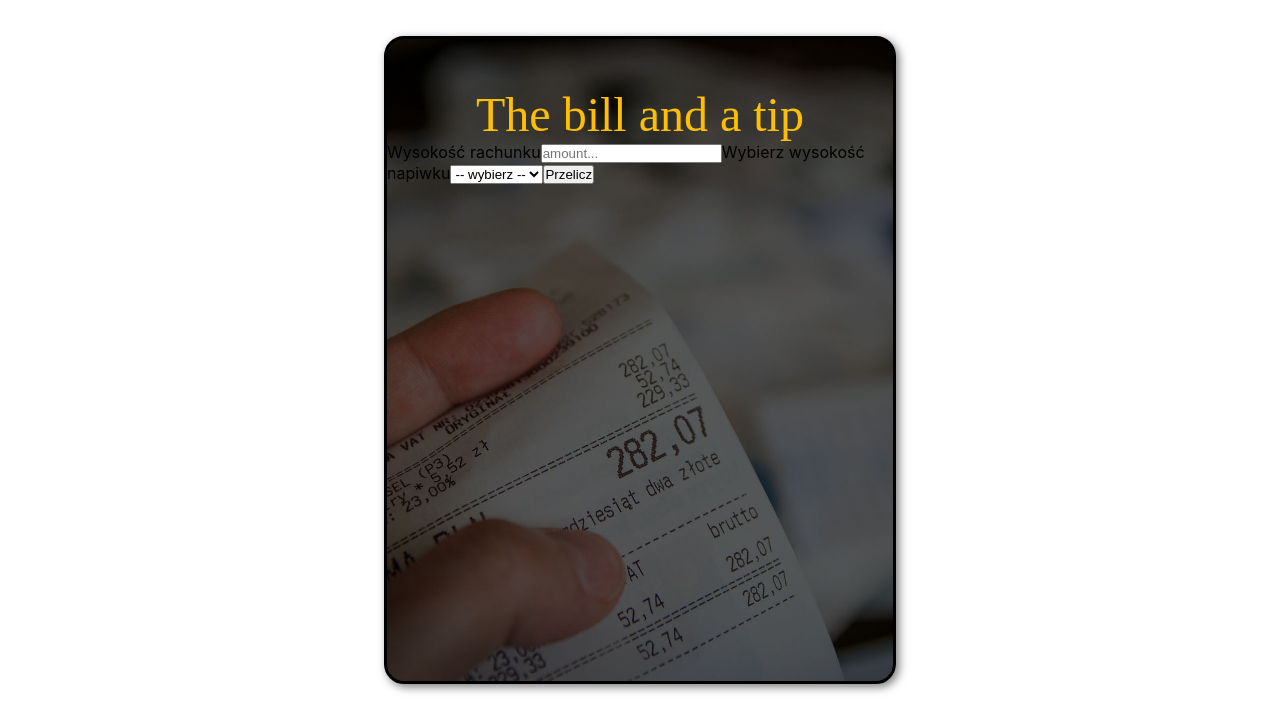
Repository: KrzysKolo/sr_tydzien4_zad1
Page: /
The author's editor kept a copy of each file at every save. The page is drawn from the files as they stood at one save, then again after the next save.
The browser window is 1280 px wide. The pictures show the whole page.
Some web fonts or font styles are not loaded; a fallback is used. The project was rebuilt for these pictures with package versions that can differ from the ones it lists, and the page was loaded fresh each time.

Above is the page before, as saved 2020-11-06 10:32:06.

### public/index.html
<!DOCTYPE html>
<html lang="en">
  <head>
    <meta charset="utf-8" />
    <link rel="icon" href="%PUBLIC_URL%/favicon.ico" />
    <meta name="viewport" content="width=device-width, initial-scale=1" />
    <meta name="theme-color" content="#000000" />
    <meta
      name="description"
      content="Web site created using create-react-app"
    />
    <link rel="apple-touch-icon" href="%PUBLIC_URL%/logo192.png" />
    <!--
      manifest.json provides metadata used when your web app is installed on a
      user's mobile device or desktop. See https://developers.google.com/web/fundamentals/web-app-manifest/
    -->
    <link rel="manifest" href="%PUBLIC_URL%/manifest.json" />
    <!--
      Notice the use of %PUBLIC_URL% in the tags above.
      It will be replaced with the URL of the `public` folder during the build.
      Only files inside the `public` folder can be referenced from the HTML.

      Unlike "/favicon.ico" or "favicon.ico", "%PUBLIC_URL%/favicon.ico" will
      work correctly both with client-side routing and a non-root public URL.
      Learn how to configure a non-root public URL by running `npm run build`.
    -->
    <link href="https://fonts.googleapis.com/css2?family=Calligraffitti&family=Shadows+Into+Light+Two&family=Skranji&display=swap" rel="stylesheet">
    <title>Bill and tip</title>
  </head>
  <body>
    <noscript>You need to enable JavaScript to run this app.</noscript>
    <div id="root"></div>
    <!--
      This HTML file is a template.
      If you open it directly in the browser, you will see an empty page.

      You can add webfonts, meta tags, or analytics to this file.
      The build step will place the bundled scripts into the <body> tag.

      To begin the development, run `npm start` or `yarn start`.
      To create a production bundle, use `npm run build` or `yarn build`.
    -->
  </body>
</html>

### src/App.js
import './App.css';
import BillCard from './components/BillCard';
const App = () => {
  return (
    <div>
      <BillCard/>
    </div>
   );
}

export default App;

### src/components/BillCard.js
import React, { Component } from 'react';
import HeaderCard from './HeaderCard';
import SectionCard from './SectionCard';
import './BillCard.css';
class BillCard extends Component {
    state = {  }
    render() {
        return (
            <div className="billCard__wrapper">
                <HeaderCard/>
                <SectionCard />
            </div>
         );
    }
}

export default BillCard;

### src/components/HeaderCard.js
import React from 'react';
const HeaderCard = () => {
    return (
        <div className="billCard__header">
            The bill and a tip
        </div>
     );
}

export default HeaderCard;

### src/components/SectionCard.js
import React, { Component } from 'react';
class SectionCard extends Component {
    state = {  }
    render() {
        return (
            <section>
                <form>
                    <label for="form__input-amount">Wysokość rachunku</label>
                    <input type="text" id="form__input-amount" name="amount" placeholder="amount..." />
                    <label for="form__select">Wybierz wysokość napiwku</label>
                    <select name="tip" id="cars">
                        <option value="">-- wybierz --</option>
                        <option value="5">5%</option>
                        <option value="10">10%</option>
                        <option value="15">15%</option>
                        <option value="20">20%</option>
                    </select>
                    <button type="submit">Przelicz</button>
                </form>
            </section>
         );
    }
}

export default SectionCard;

### src/components/BillCard.css
.billCard__wrapper {
  width: 40vw;
  height: 90vh;
  background: url("./../image/bill.jpg");
  background-size: cover;
  border: 3px solid black;
  border-radius: 20px;
  box-shadow: 3px 3px 10px #7a7a7a;
  display: flex;
  flex-direction: column;
  align-items: center;
  margin: 5vh auto;
}
.billCard__header {
  font-family: "Skranji", cursive;
  font-size: 3rem;
  color: rgb(253, 191, 0);
  margin-top: 3rem;
}

Loaded but not shown: src/index.js (common file); src/index.css (common file); src/App.css (common file)

After the next save:
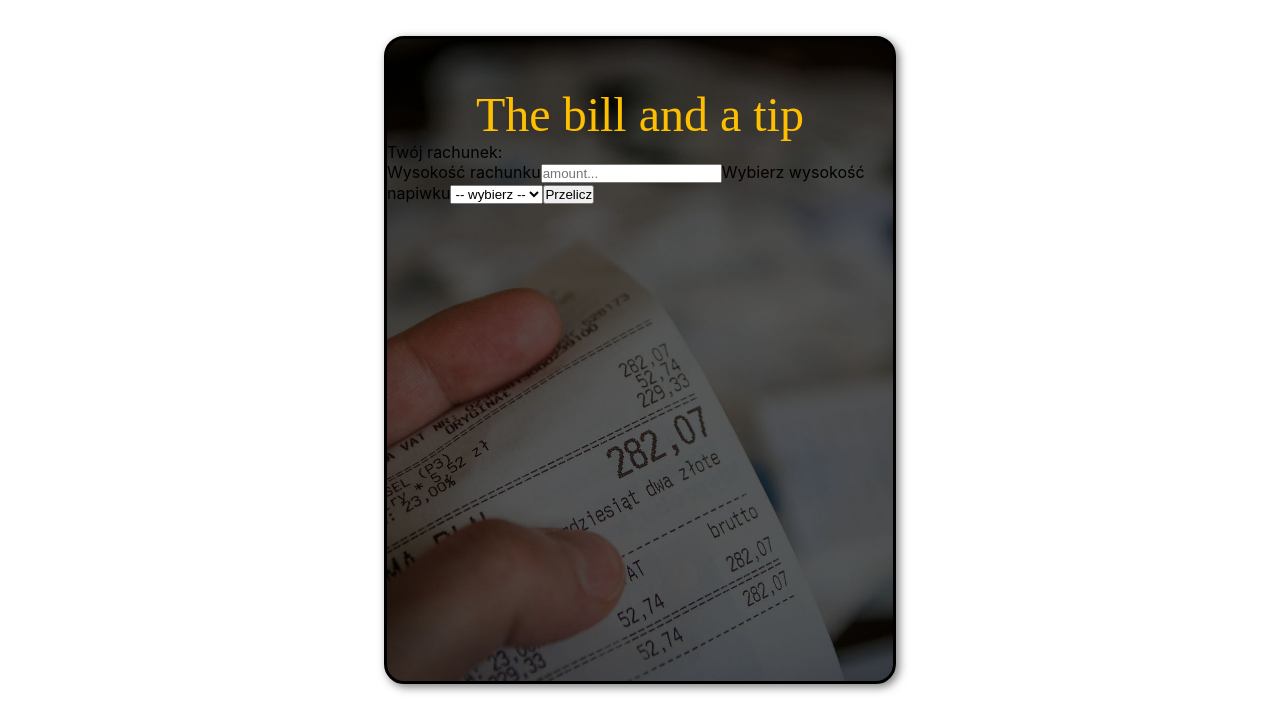
Saved 55 s later.
--- a/src/components/SectionCard.js
+++ b/src/components/SectionCard.js
@@ -4,6 +4,7 @@ class SectionCard extends Component {
     render() {
         return (
             <section>
+                <p>Twój rachunek: </p>
                 <form>
                     <label for="form__input-amount">Wysokość rachunku</label>
                     <input type="text" id="form__input-amount" name="amount" placeholder="amount..." />
